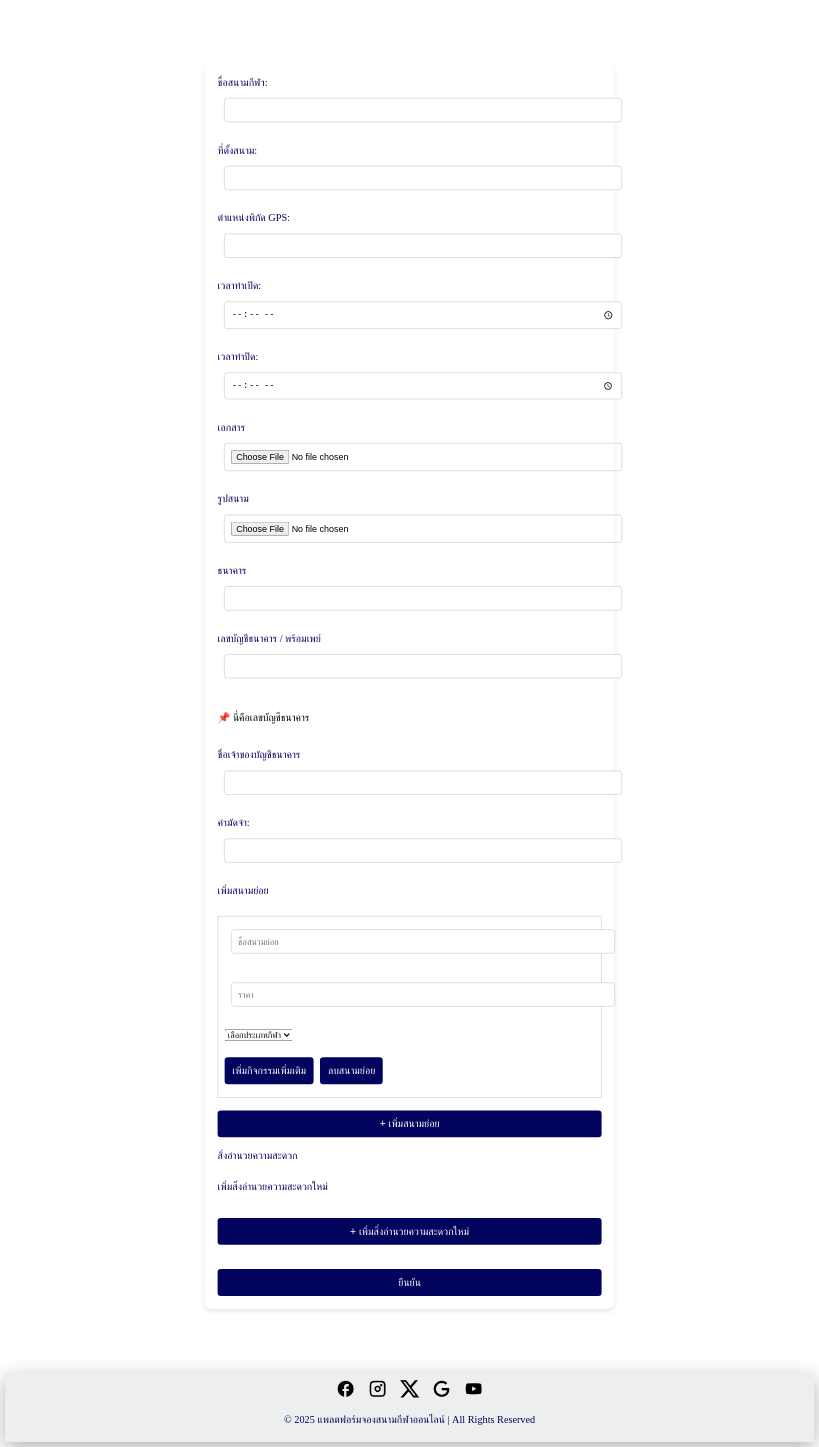
Repository: narawit101/project2
Page: /register-field (app in frontend/), after clicking the first element matching `button.addsubfield`
The author's editor kept a copy of each file at every save. The page is drawn from the files as they stood at one save, then again after the next save.
The browser window is 1280 px wide. The pictures show the whole page, at 64% of full size.
The page's requests for data from a server got no answer. The project was rebuilt for these pictures with package versions that can differ from the ones it lists, and the page was loaded fresh each time. The framework's server and built-in components were replaced by stand-ins that run in the browser. No one was signed in, and anything a server would have sent is missing. Also part of the build but not shown: frontend/next.config.js, frontend/next.config.mjs, frontend/src/app/globals.css.

Above is the page before, as saved 2025-03-19 00:11:54.

After the next save:
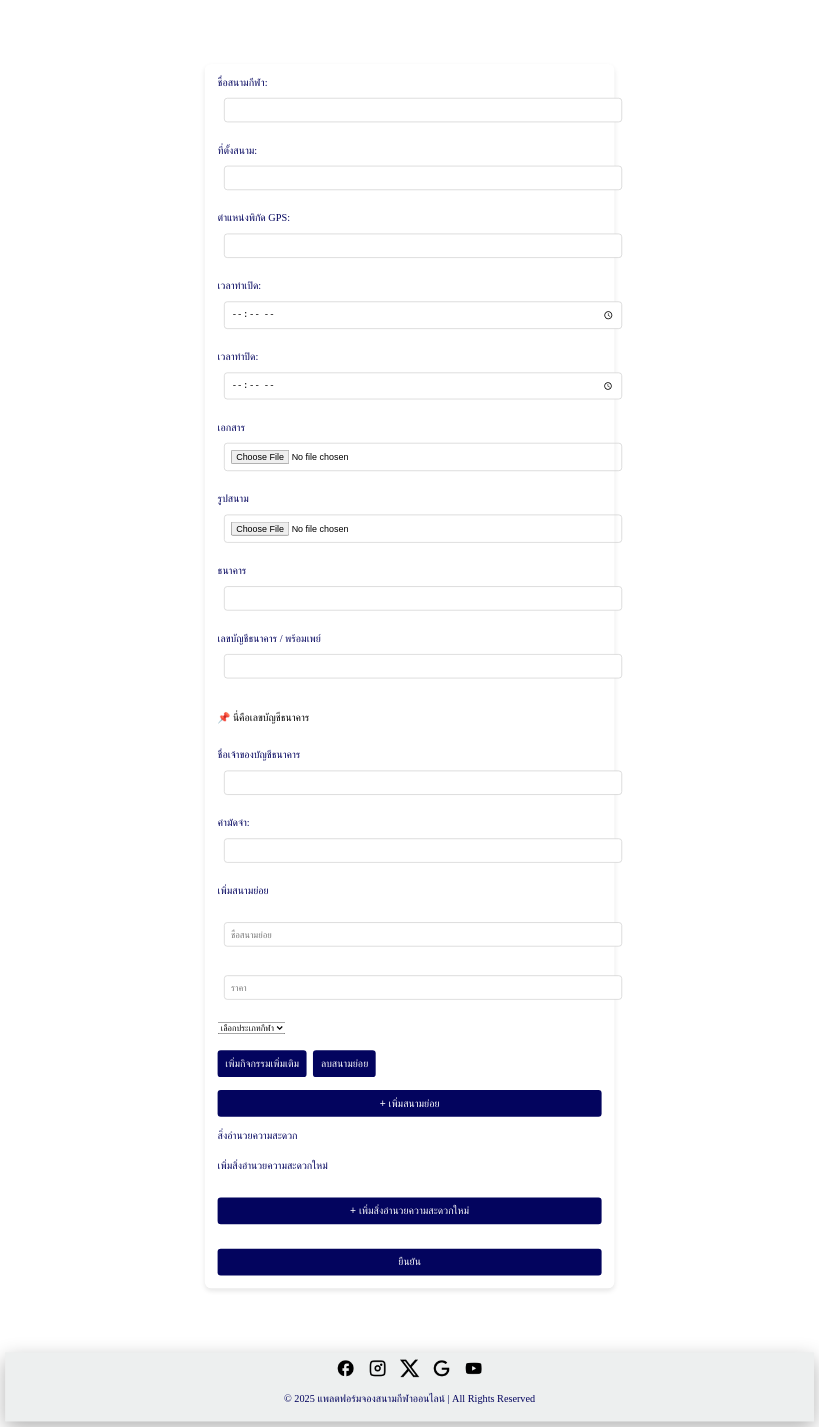
Saved 87 s later.
--- a/frontend/src/app/components/RegisterFieldForm.jsx
+++ b/frontend/src/app/components/RegisterFieldForm.jsx
@@ -348,11 +348,7 @@ export default function RegisterFieldForm() {
         {subFields.map((sub, subIndex) => (
           <div
             key={subIndex}
-            style={{
-              border: "1px solid #ccc",
-              padding: "10px",
-              marginBottom: "10px",
-            }}
+
           >
             {/* ✅ Input กรอกชื่อสนามย่อย */}
             <div className="input-group">
